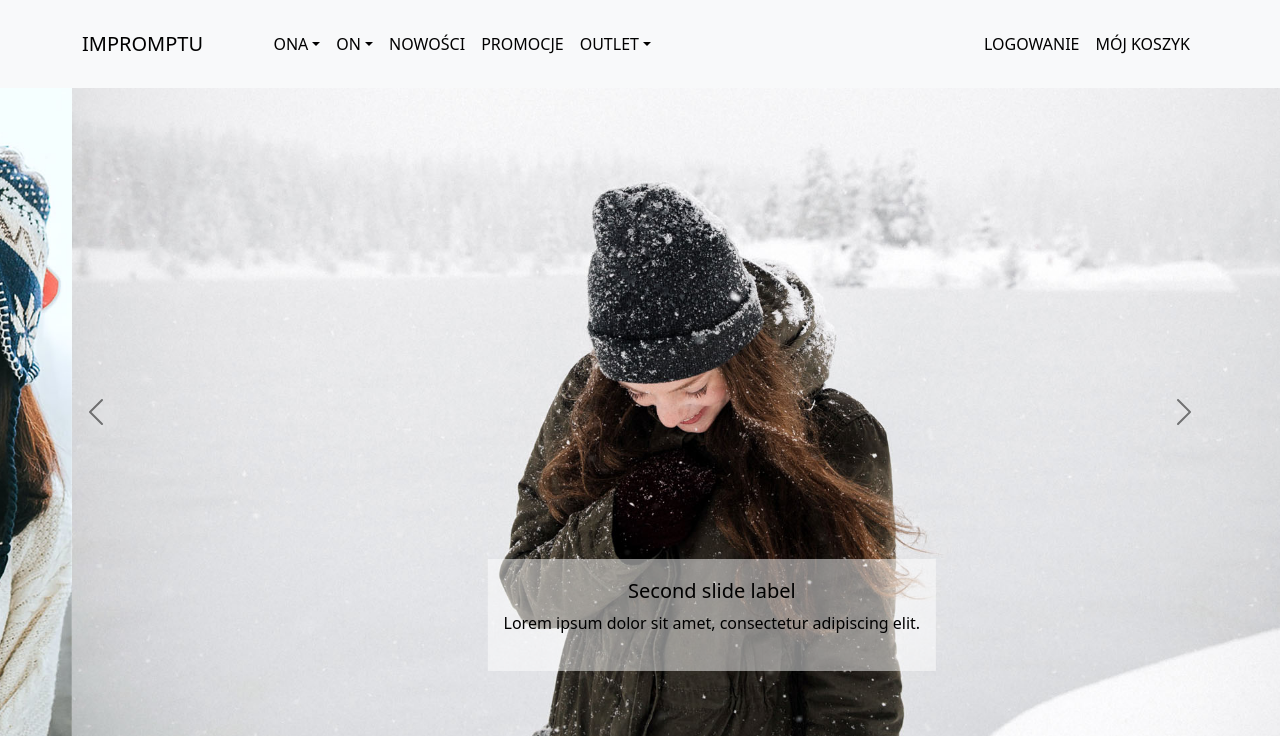
Repository: michalgornicki/Impromptu
Page: /
An editor plug-in stored every save of this project. The page is shown before and after the next save, followed by the edit.
The browser window is 1280 px wide. The pictures show the whole page.
The project was rebuilt for these pictures with package versions that can differ from the ones it lists, and the page was loaded fresh each time.

Above is the page before, as saved 2021-12-23 13:11:56.

### src/App.jsx
import React from "react";
import "./App.css";
import "bootstrap/dist/css/bootstrap.min.css";
import Container from "react-bootstrap/Container";
import Navbar from "react-bootstrap/Navbar";
import Nav from "react-bootstrap/Nav";
import NavDropdown from "react-bootstrap/NavDropdown";
import Carousel from "react-bootstrap/Carousel";
import photo1 from "./1.jpg";
import photo2 from "./2.jpg";
import photo3 from "./3.jpg";
import photo4 from "./4.jpg";
import photo5 from "./5.jpg";

function App() {
  return (
    <p>
      <Navbar
        collapseOnSelect
        expand="lg"
        bg="light"
        variant="light"
        className="py-4 display-7 text-dark"
      >
        <Container>
          <Navbar.Brand href="#home" className="w-15">IMPROMPTU</Navbar.Brand>
          <Navbar.Toggle aria-controls="responsive-navbar-nav" />
          <Navbar.Collapse id="responsive-navbar-nav">
            <Nav className="me-auto">
              <NavDropdown title="ONA" id="collasible-nav-dropdown">
                <NavDropdown.Item href="#action/3.1">Action</NavDropdown.Item>
                <NavDropdown.Item href="#action/3.2">
                  Another action
                </NavDropdown.Item>
                <NavDropdown.Item href="#action/3.3">
                  Something
                </NavDropdown.Item>
                <NavDropdown.Divider />
                <NavDropdown.Item href="#action/3.4">
                  Separated link
                </NavDropdown.Item>
              </NavDropdown>
              <NavDropdown title="ON" id="collasible-nav-dropdown">
                <NavDropdown.Item href="#action/3.1">Action</NavDropdown.Item>
                <NavDropdown.Item href="#action/3.2">
                  Another action
                </NavDropdown.Item>
                <NavDropdown.Item href="#action/3.3">
                  Something
                </NavDropdown.Item>
                <NavDropdown.Divider />
                <NavDropdown.Item href="#action/3.4">
                  Separated link
                </NavDropdown.Item>
              </NavDropdown>
              <Nav.Link href="#pricing">NOWOŚCI</Nav.Link>
              <Nav.Link href="#pricing">PROMOCJE</Nav.Link>
              <NavDropdown title="OUTLET" id="collasible-nav-dropdown">
                <div className="flex flex-column">
                  <div className="container">
                <NavDropdown.Item href="#action/3.1">Action</NavDropdown.Item>
                <NavDropdown.Item href="#action/3.2">
                  Another action
                </NavDropdown.Item>
                <NavDropdown.Item href="#action/3.3">
                  Something
                </NavDropdown.Item>
                <NavDropdown.Divider />
                <NavDropdown.Item href="#action/3.4">
                  Separated link
                </NavDropdown.Item>
                </div>
                <div className="container">
                <NavDropdown.Item href="#action/3.1">Action</NavDropdown.Item>
                <NavDropdown.Item href="#action/3.2">
                  Another action
                </NavDropdown.Item>
                <NavDropdown.Item href="#action/3.3">
                  Something
                </NavDropdown.Item>
                <NavDropdown.Divider />
                <NavDropdown.Item href="#action/3.4">
                  Separated link
                </NavDropdown.Item>
                </div>
                </div>
              </NavDropdown>
            </Nav>
            <Nav>
              <Nav.Link href="#deets">LOGOWANIE</Nav.Link>
              <Nav.Link href="#memes">MÓJ KOSZYK</Nav.Link>
            </Nav>
          </Navbar.Collapse>
        </Container>
      </Navbar>

      <Carousel variant="dark" indicators={false}>
  <Carousel.Item>
    <img
      className="d-block w-100"
      src={photo1}
      alt="First slide"
    />
    <Carousel.Caption>
      <h5>First slide label</h5>
      <p>Nulla vitae elit libero, a pharetra augue mollis interdum.</p>
    </Carousel.Caption>
  </Carousel.Item>
  <Carousel.Item>
    <img
      className="d-block w-100"
      src={photo2}
      alt="Second slide"
    />
    <Carousel.Caption>
      <h5>Second slide label</h5>
      <p>Lorem ipsum dolor sit amet, consectetur adipiscing elit.</p>
    </Carousel.Caption>
  </Carousel.Item>
  <Carousel.Item>
    <img
      className="d-block w-100"
      src={photo3}
      alt="Third slide"
    />
    <Carousel.Caption>
      <h5>Third slide label</h5>
      <p>Praesent commodo cursus magna, vel scelerisque nisl consectetur.</p>
    </Carousel.Caption>
  </Carousel.Item>
  <Carousel.Item>
    <img
      className="d-block w-100"
      src={photo4}
      alt="Third slide"
    />
    <Carousel.Caption>
      <h5>Third slide label</h5>
      <p>Praesent commodo cursus magna, vel scelerisque nisl consectetur.</p>
    </Carousel.Caption>
  </Carousel.Item>
  <Carousel.Item>
    <img
      className="d-block w-100"
      src={photo5}
      alt="Third slide"
    />
    <Carousel.Caption>
      <h5>Third slide label</h5>
      <p>Praesent commodo cursus magna, vel scelerisque nisl consectetur.</p>
    </Carousel.Caption>
  </Carousel.Item>
</Carousel>



    </p>
  );
}

export default App;

### src/App.css
.w-15{
    width: 15%!important;
}

.display-7{
    font-size: 1rem;
}

.nav-link {
    color: black!important;
}

.carousel img {
    height: 90vh;
    object-fit: cover;
}

.carousel-caption{
    background-color: rgba(255, 255, 255, 0.5);
    bottom: 10%!important;
    width: 35%;
    margin: auto;
}

Loaded but not shown: public/index.html (common file); src/index.js (common file); src/index.css (common file); src/reportWebVitals.js (common file)

After the next save:
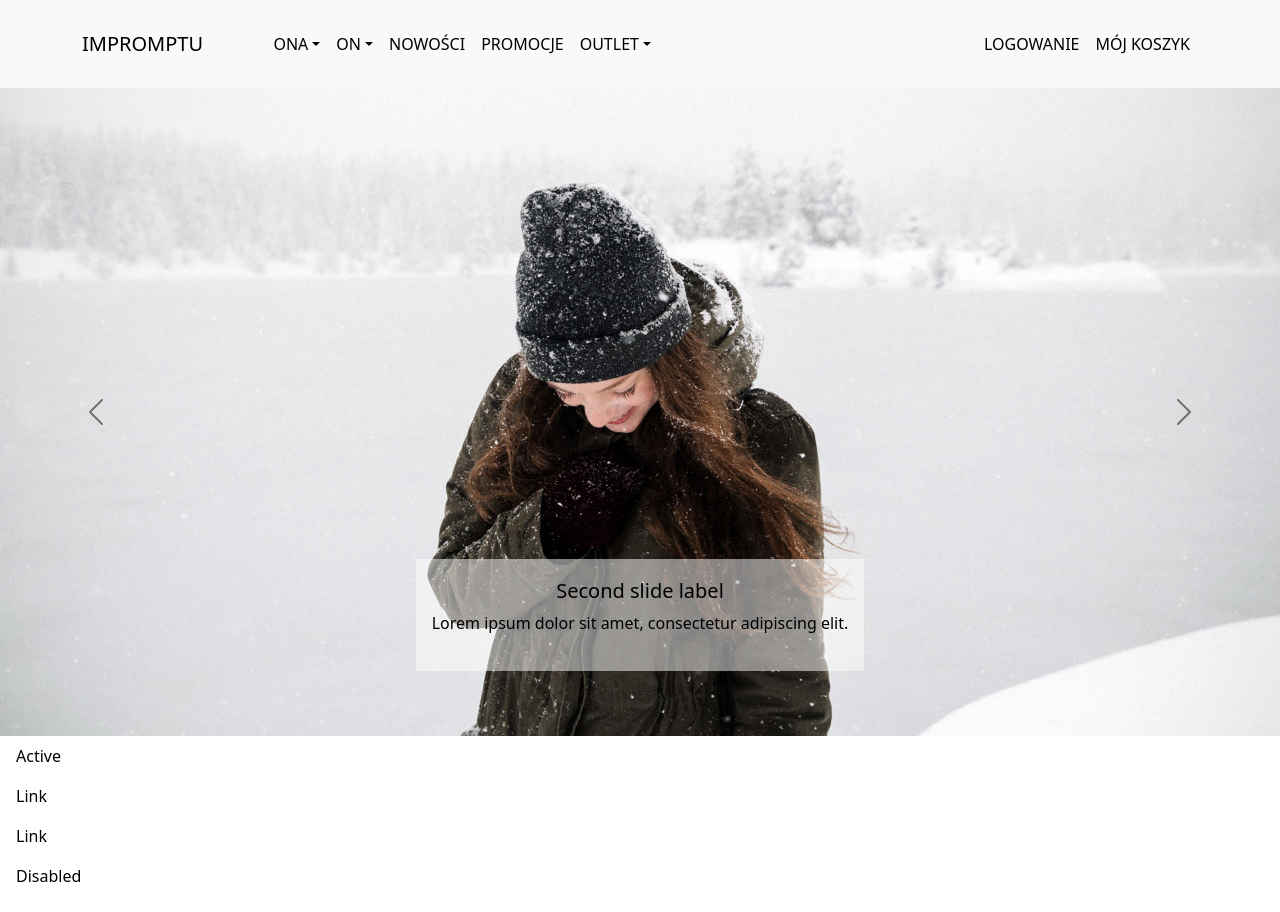
Saved 116 s later.
--- a/src/App.jsx
+++ b/src/App.jsx
@@ -153,6 +153,15 @@ function App() {
 </Carousel>
 
 
+<Nav defaultActiveKey="/home" className="flex-column">
+  <Nav.Link href="/home">Active</Nav.Link>
+  <Nav.Link eventKey="link-1">Link</Nav.Link>
+  <Nav.Link eventKey="link-2">Link</Nav.Link>
+  <Nav.Link eventKey="disabled" disabled>
+    Disabled
+  </Nav.Link>
+</Nav>
+
 
     </p>
   );
